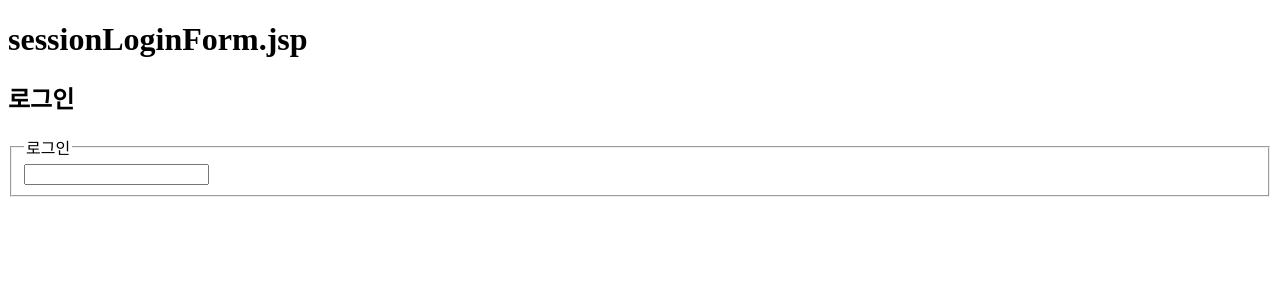
Repository: HeeYoung9/young9
Page: http://localhost/JSP7/jsp/sessionLoginForm.jsp
The author's editor kept a copy of each file at every save. The page is drawn from the files as they stood at one save, then again after the next save.
The browser window is 1280 px wide. The pictures show the whole page.
The page is served by Tomcat 9.

Above is the page before, as saved 2023-08-24 05:24:54.

After the next save:
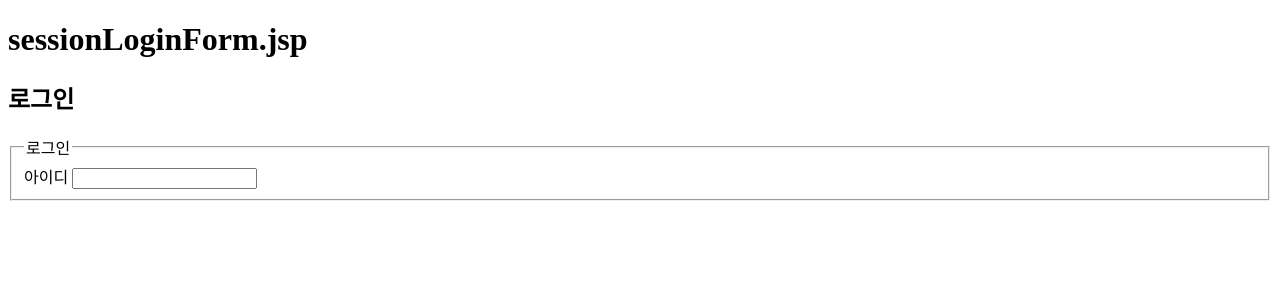
Saved 17 s later.
--- a/JSP7/src/main/webapp/jsp/sessionLoginForm.jsp
+++ b/JSP7/src/main/webapp/jsp/sessionLoginForm.jsp
@@ -13,7 +13,8 @@
 <fieldset>
 <legend>로그인</legend>
 <form action="sessionLoginPro.jsp" method="get" name="lg">
- <input type="text" name="id">
+ 아이디 <input type="text" name="id"> <br>
+
 </form>
 </fieldset>
 </body>
